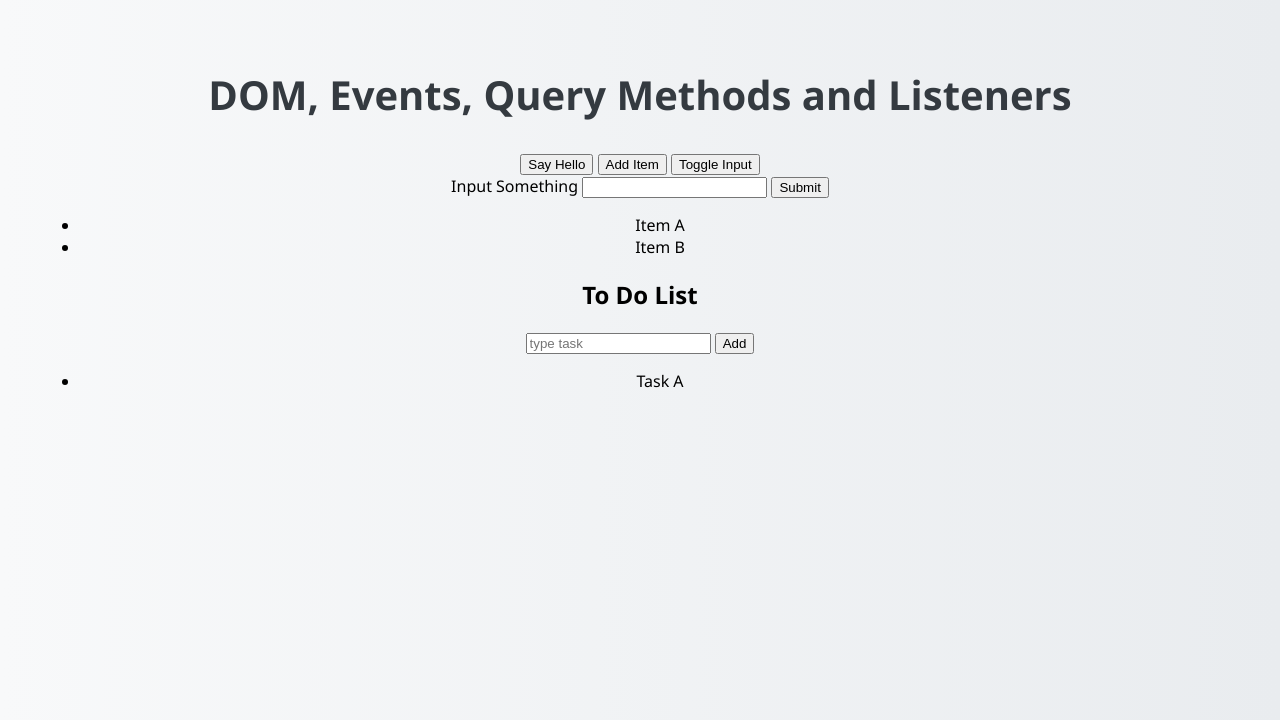
Repository: SiddhantNagaria/Genpact-Training
Page: Java Training/08 first-webmvc/src/main/resources/static/about.html
The author's editor kept a copy of each file at every save. The page is drawn from the files as they stood at one save, then again after the next save.
The browser window is 1280 px wide. The pictures show the whole page.

Above is the page before, as saved 2025-11-18 04:24:03.

After the next save:
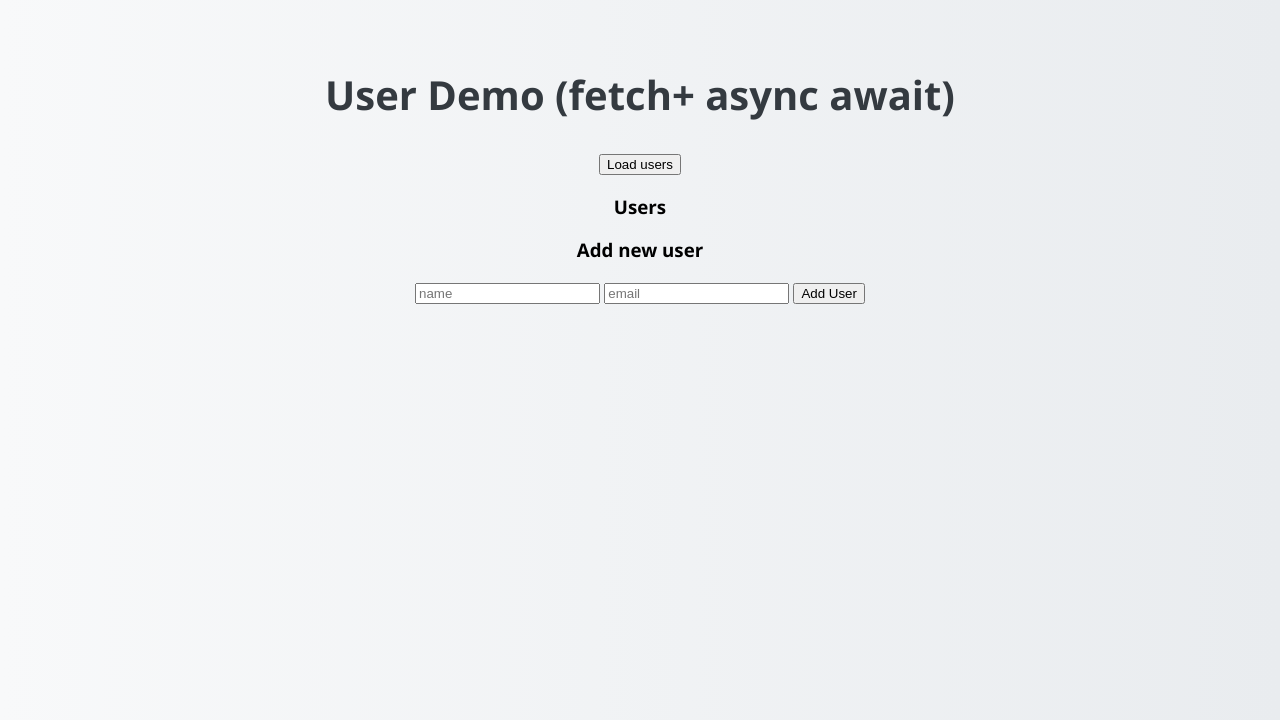
Console error: TypeError: Cannot read properties of null (reading 'addEventListener')
Saved 23 min 34 s later.
--- a/Java Training/08 first-webmvc/src/main/resources/static/about.html
+++ b/Java Training/08 first-webmvc/src/main/resources/static/about.html
@@ -17,7 +17,7 @@
 	<a href='/contact'>Contact</a>
 	</div> -->
 
-	<h1>DOM, Events, Query Methods and Listeners</h1>
+	<!-- <h1>DOM, Events, Query Methods and Listeners</h1>
 	<div id="controls">
 		<button id="btn-hello" class="btn">Say Hello</button>
 		<button id="btn-add" class="btn">Add Item</button>
@@ -44,6 +44,26 @@
 			<li class="todoItem">Task A</li>
 		</ul>
 	</div>
+ -->
+
+
+
+
+	<h1>User Demo (fetch+ async await)</h1>
+	<button id="btnLoad">Load users</button>
+	<div id="status"></div>
+	<h3>Users</h3>
+	<ul id="userslist"></ul>
+
+	<h3>Add new user</h3>
+
+	<form action="" id="addForm">
+		<input id="name" type="text" placeholder="name" required> <input
+			id="email" type="email" placeholder="email" required>
+		<button type="submit">Add User</button>
+	</form>
+
+	<div id="result"></div>
 
 	<div class="log" id="log"></div>
 
